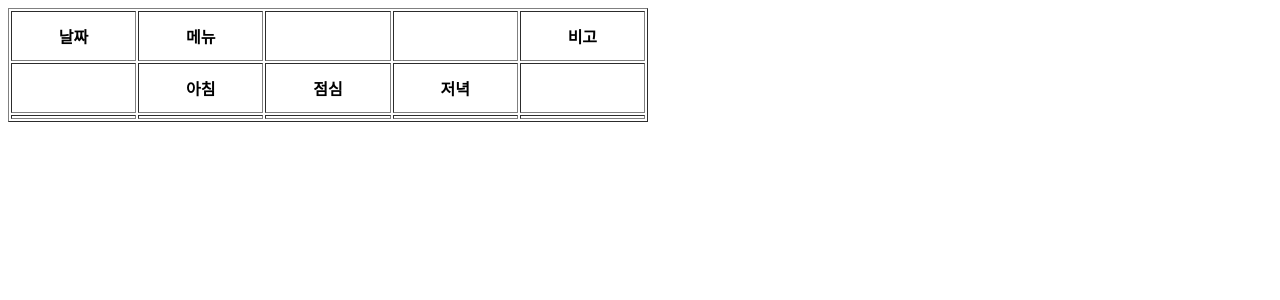
Repository: WonSeungUn/VSCODE
Page: web_work/Html/WebContent/eat_table.html
The author's editor kept a copy of each file at every save. The page is drawn from the files as they stood at one save, then again after the next save.
The browser window is 1280 px wide. The pictures show the whole page.

Above is the page before, as saved 2024-07-08 05:35:46.

### web_work/Html/WebContent/eat_table.html
<!DOCTYPE html>
<html>
<head>
<meta charset="UTF-8">
<title>Insert title here</title>
</head>
<body>
	<table width="640" border="1">
		<thead>
			<tr height="50">
				<th>날짜</th>
				<th>메뉴</th>
				<th></th>
				<th></th>
				<th>비고</th>
			</tr>
			<tr height="50">
				<th></th>
				<th>아침</th>
				<th>점심</th>
				<th>저녁</th>
				<th></th>
			</tr>
		</thead>
		<tbody>
			<tr>
				<td></td>
				<td></td>
				<td></td>
				<td></td>
				<td></td>
			</tr>
		</tbody>

	</table>
</body>
</html>

After the next save:
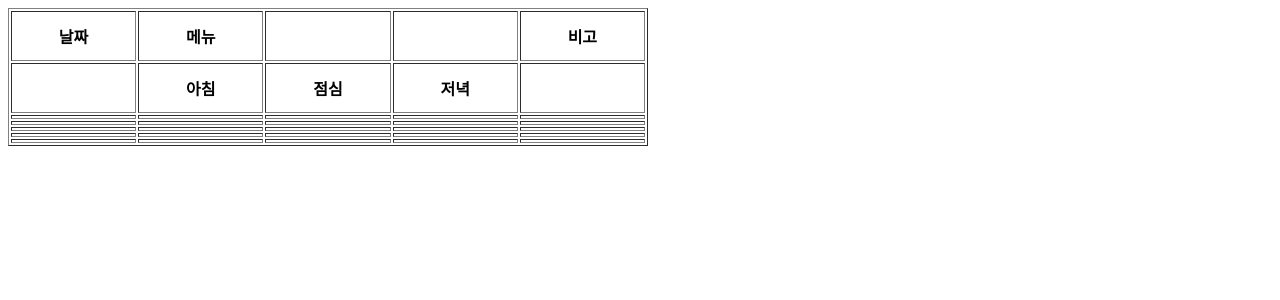
Saved 18 s later.
--- a/web_work/Html/WebContent/eat_table.html
+++ b/web_work/Html/WebContent/eat_table.html
@@ -30,6 +30,34 @@
 				<td></td>
 				<td></td>
 			</tr>
+			<tr>
+				<td></td>
+				<td></td>
+				<td></td>
+				<td></td>
+				<td></td>
+			</tr>
+			<tr>
+				<td></td>
+				<td></td>
+				<td></td>
+				<td></td>
+				<td></td>
+			</tr>
+			<tr>
+				<td></td>
+				<td></td>
+				<td></td>
+				<td></td>
+				<td></td>
+			</tr>
+			<tr>
+				<td></td>
+				<td></td>
+				<td></td>
+				<td></td>
+				<td></td>
+			</tr>
 		</tbody>
 
 	</table>
